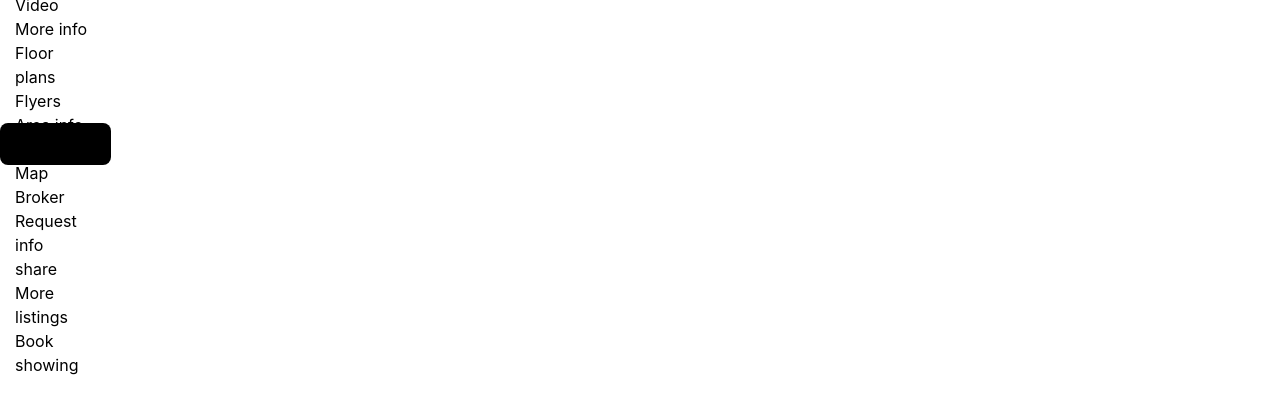
Repository: TMuse333/real-estate-landingpage
Page: /
The author's editor kept a copy of each file at every save. The page is drawn from the files as they stood at one save, then again after the next save.
The browser window is 1280 px wide. The pictures show the whole page.
The project was rebuilt for these pictures with package versions that can differ from the ones it lists, and the page was loaded fresh each time. Also part of the build but not shown: vite.config.js.

Above is the page before, as saved 2023-09-19 16:23:22.

### src/App.jsx
import { useState } from 'react'

import './App.css'

import Navbar from './components/navbar'

function App() {


  return (
    <>
    <Navbar/>
    </>
  )
}

export default App

### src/App.css
.header-container{
  display: flex;
  justify-content: space-between;
  align-items: center;
  width: 100vw;
  position: fixed;
  top: 0px;
  background: linear-gradient(to right, #ffffff, #ffffff);
  height: 50px;
  z-index: 10000;
  color:black;

 }

 .nav-list{

  list-style: none;
padding: 0;
  padding-bottom: 10px;
  margin: 0;
  transform: translate(15px,60px);
  width: 55%;

}

/* .list-container {
  position: relative;
  display: flex;
  flex-direction: column;
  align-items: center;
  text-align: center;
  color: black;
} */

.nav-button{
transform: translateY(25rem);
  background-color: black;

  color: black;
}

/* @media screen and (min-width: 415px) and (min-height: 415px){
  .header-container{
    display: flex;
    justify-content: space-between;
    align-items: center;
    width: 100vw;
    position: fixed;
    top: 50px;
    background: linear-gradient(to right, #F4A460, #FF8C00);
height: max-content;
gap:10px;
   }

   .list-container {
    position: absolute;
    display: flex;
 flex-wrap: wrap;
    justify-content:space-around;
    left: 50%;
    transform: translateX(-50%);
    width: 80%;
    margin-bottom:100px;
  }

  .nav-list{
    display: flex;


    width: 100%;
  }

  .nav-button{
    display: none;
  }

  } */

### src/components/navbar.jsx
import React, { useState,useEffect } from 'react';




const Navbar = () => {
  const [subMenuVisible, setSubMenuVisible] = useState(false);

  const toggleSubMenu = () => {
    setSubMenuVisible(!subMenuVisible);
  };

  const scrollToSection = (sectionId) => {

    const element = document.getElementById(sectionId);
    if (element) {

      element.scrollIntoView({
        behavior: 'smooth', // Smooth scrolling
        block: 'start',    // Scroll to the top of the element
      });
    }
  }

  useEffect(() => {
    // Function to update sub-menu visibility when the screen width changes
    const handleResize = () => {
      const screenWidth = window.innerWidth;
      setSubMenuVisible(screenWidth >= 415); // Set subMenuVisible to true if screen width is at least 415 pixels
    };

    // Add a resize event listener to update the sub-menu visibility
    window.addEventListener('resize', handleResize);

    // Initial call to set sub-menu visibility based on current screen width
    handleResize();

    // Clean up the event listener when the component unmounts
    return () => {
      window.removeEventListener('resize', handleResize);
    };
  }, []);

  const style = {

    opacity: subMenuVisible ? 1 : 0
    ,

  };

  return (
    <div className='header-container'>

      <div className='list-container'>
        <button onClick={toggleSubMenu} className='nav-button'>
          press me
        </button>
        <ul style={style} className='nav-list'>

          <li onClick={()=>scrollToSection('about')}>Home</li>

          <li onClick={()=>scrollToSection('description')}>Description</li>

          <li onClick={()=>scrollToSection('price')}>price and features</li>

          <li onClick={()=>scrollToSection('amenities')}>Amenities</li>

          <li onClick={()=>scrollToSection('photo-gallery')}>Photo gallery</li>

          <li onClick={()=>scrollToSection('video')}>Video</li>

          <li onClick={()=>scrollToSection('more-info')}>More info</li>

          <li onClick={()=>scrollToSection('floor-plans')}>Floor plans</li>

          <li onClick={()=>scrollToSection('flyers')}>Flyers</li>

          <li onClick={()=>scrollToSection('area-info')}>Area info</li>

          <li onClick={()=>scrollToSection('document')}>Documents</li>

          <li onClick={()=>scrollToSection('map')}>Map</li>

          <li onClick={()=>scrollToSection('broker')}>Broker</li>

          <li onClick={()=>scrollToSection('request-info')}>Request info</li>

          <li onClick={()=>scrollToSection('share')}>share</li>

          <li onClick={()=>scrollToSection('more-listings')}>More listings</li>

          <li onClick={()=>scrollToSection('book-showing')}>Book showing</li>





        </ul>
      </div>
    </div>
  );
};

export default Navbar;

Loaded but not shown: index.html (common file); src/main.jsx (common file); src/index.css (common file)

After the next save:
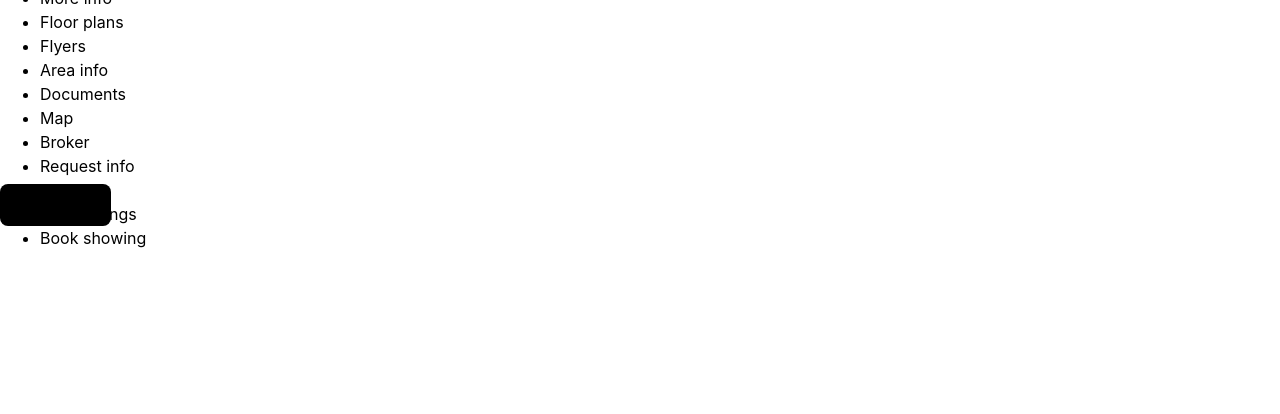
Saved 6 s later.
--- a/src/App.css
+++ b/src/App.css
@@ -11,7 +11,7 @@
   color:black;
 
  }
-
+/*
  .nav-list{
 
   list-style: none;
@@ -21,7 +21,7 @@ padding: 0;
   transform: translate(15px,60px);
   width: 55%;
 
-}
+} */
 
 /* .list-container {
   position: relative;
